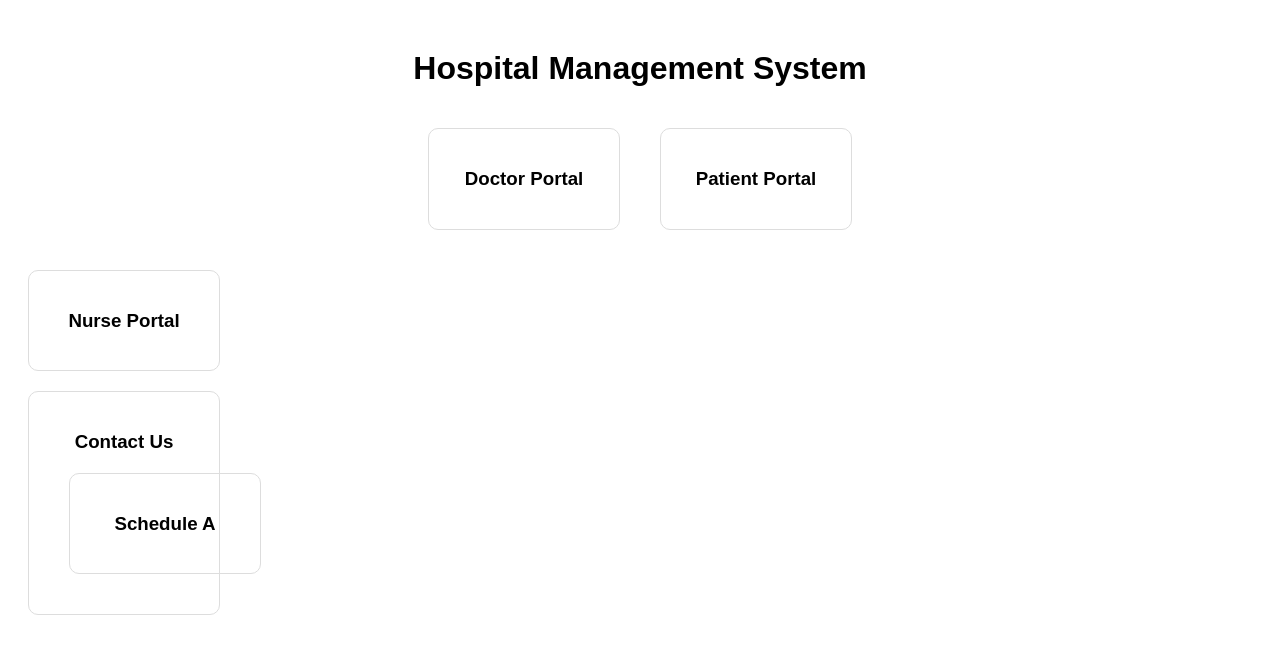
Repository: jaytriggz/Hospital-Management-System
Page: index.html
An editor plug-in stored every save of this project. The page is shown before and after the next save, followed by the edit.
The browser window is 1280 px wide. The pictures show the whole page.

Above is the page before, as saved 2024-07-04 15:42:19.

After the next save:
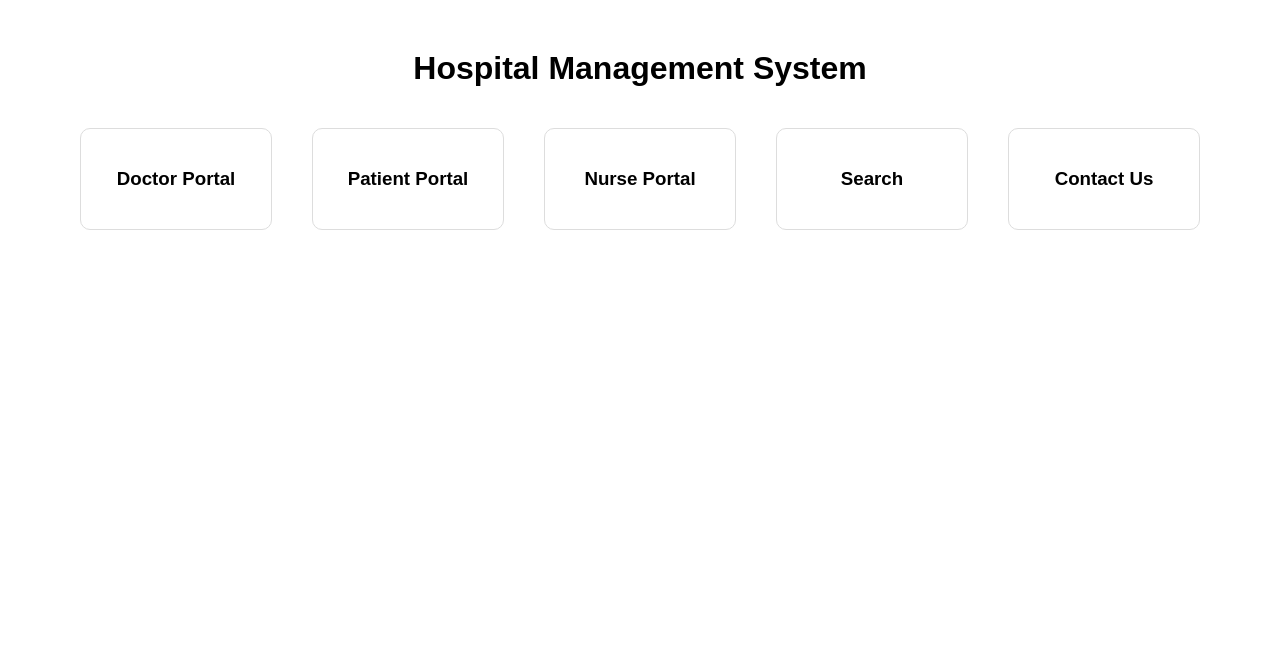
Saved 3 min 5 s later.
--- a/index.html
+++ b/index.html
@@ -40,16 +40,14 @@
             <div class="icon" onclick="location.href='patient_portal.html'">
                 <h3>Patient Portal</h3>
             </div>
-        </div>
-        <div class="icon" onclick="location.href='nurse_portal.html'">
-            <h3>Nurse Portal</h3>
-        </div>
+            <div class="icon" onclick="location.href='nurse_portal.html'">
+                <h3>Nurse Portal</h3>
+            </div>
+            <div class="icon" onclick="location.href='search.html'">
+                <h3>Search</h3>
+            </div>
             <div class="icon" onclick="location.href='contact_us.html'">
                 <h3>Contact Us</h3>
-
-            <div class="icon" onclick="location.href='schedule_appointment.html'">
-                <h3>Schedule A</h3>
-
             </div>
         </div>
     </div>
